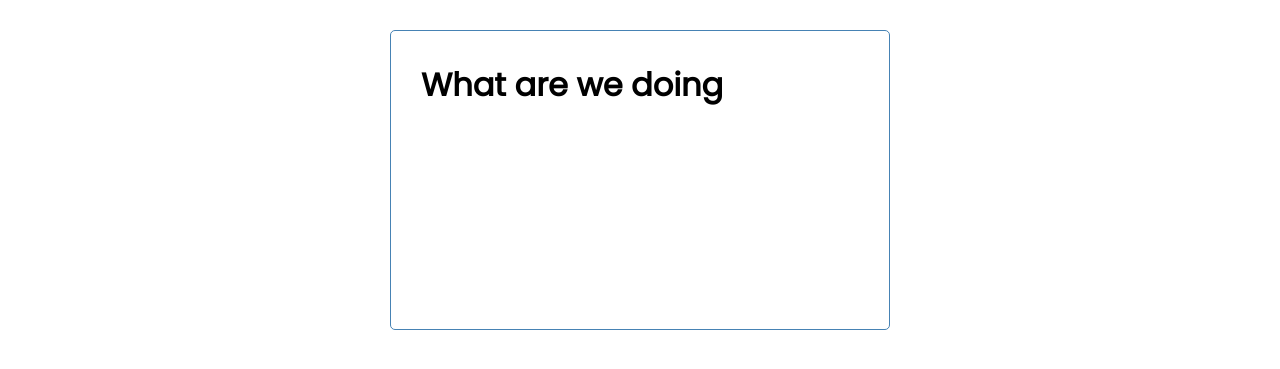
Repository: Jeffkw213/Learning_react
Page: / (app in myapp/)
The author's editor kept a copy of each file at every save. The page is drawn from the files as they stood at one save, then again after the next save.
The browser window is 1280 px wide. The pictures show the whole page.
The project was rebuilt for these pictures with package versions that can differ from the ones it lists, and the page was loaded fresh each time.

Above is the page before, as saved 2021-04-28 11:13:25.

### myapp/src/App.js
import Header from './Components/header'
import Body from './Components/body'
function App() {
  // const name = 'jeff'
  return (
    // <div className='container'>
    //  <h1> Starting of React </h1>
    //  <h2> Hello {name} </h2>
    // </div>
    <div className='container'>
      <Header />
      <body />
    </div>
  );
}

export default App;

### myapp/src/Components/header.js
import PropTypes from 'prop-types'

const Header = ({title}) => {
    return (
        <header>
            <h1>{title}</h1>
        </header>
    )
}

Header.defaultProps = {
    title: "What are we doing",
}

Header.propTypes= {
    title:PropTypes.string.isRequired,
}

export default Header

### myapp/src/Components/body.js
import PropTypes from 'prop-types'

const body = ({text}) => {
    return (
        <div>
            <body>{text}</body>
        </div>
    )
}

body.defaultProps = {
    text: "hello Cheif",
}

body.propTypes= {
    title:PropTypes.string.isRequired,
}


export default body

Loaded but not shown: myapp/public/index.html (common file); myapp/src/index.js (common file); myapp/src/index.css (common file); myapp/src/reportWebVitals.js (common file)

After the next save:
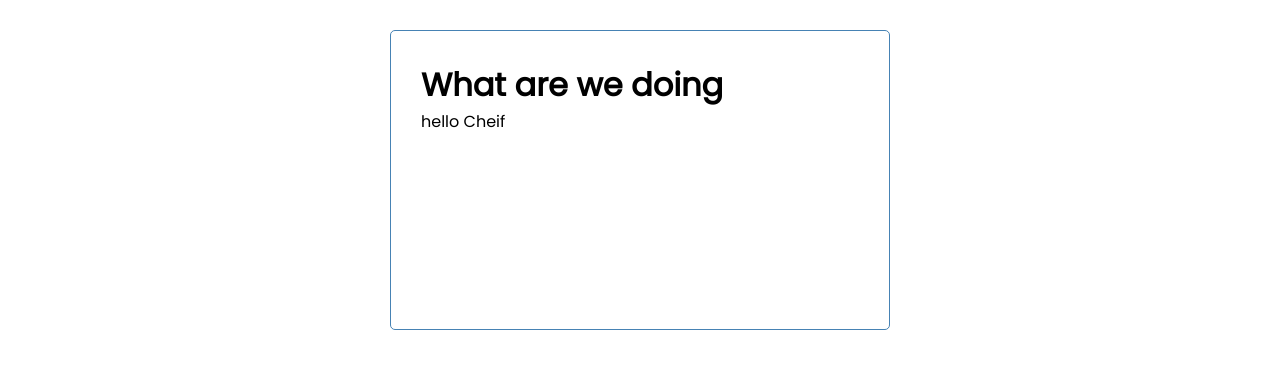
Saved 4 s later.
--- a/myapp/src/App.js
+++ b/myapp/src/App.js
@@ -9,7 +9,7 @@ function App() {
     // </div>
     <div className='container'>
       <Header />
-      <body />
+      <Body />
     </div>
   );
 }
